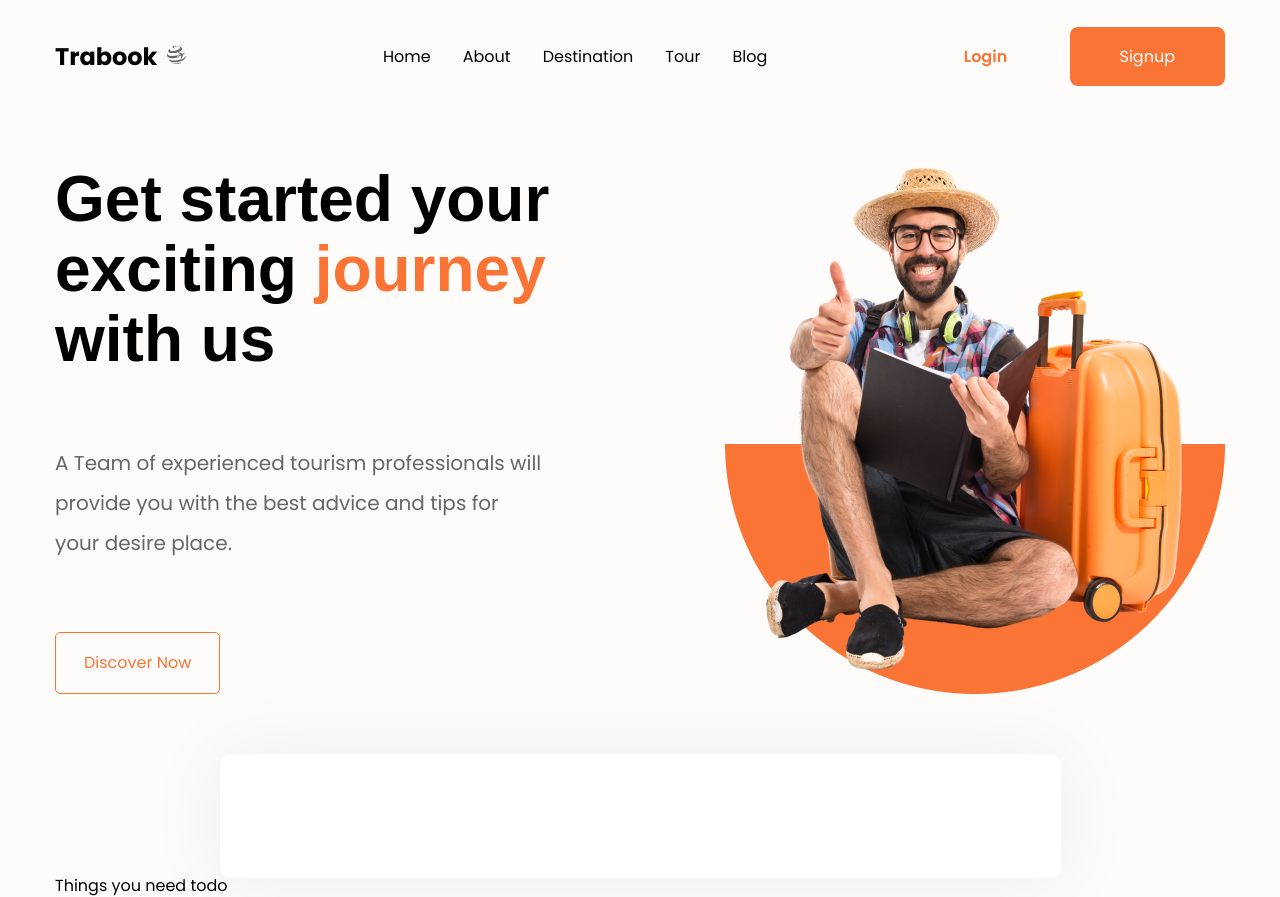
Repository: phobo99/phobo99.github.io
Page: Trabook/index.html
An editor plug-in stored every save of this project. The page is shown before and after the next save, followed by the edit.
The browser window is 1280 px wide. The pictures show the whole page.
Some web fonts or font styles are not loaded; a fallback is used. Some web libraries are served in a nearby version. The style sheet was rebuilt from its Sass, Less or Tailwind sources for each picture, by a compiler version that may differ from the author's.

Above is the page before, as saved 2022-06-18 22:47:10.

After the next save:
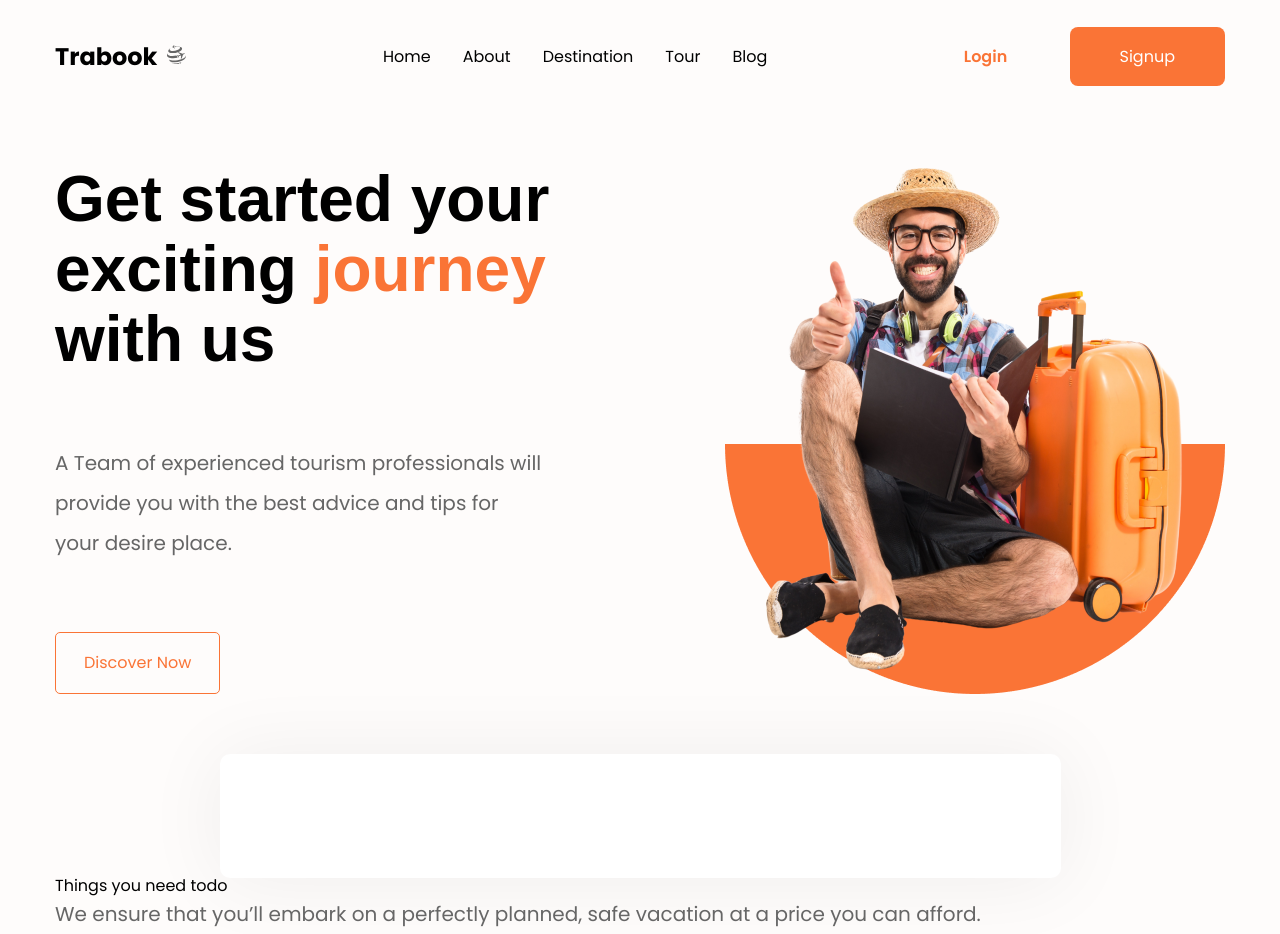
Saved 27 s later.
--- a/Trabook/index.html
+++ b/Trabook/index.html
@@ -64,7 +64,8 @@
         </header>
         <div class="todo container">
             <h2 class="content-header">Things you need <span>todo</span></h2>
-            <span class=""></span>
+            <span class="desc-content">We ensure that you’ll embark on a perfectly planned, safe vacation at a price you
+                can afford. </span>
         </div>
     </div>
 </body>
